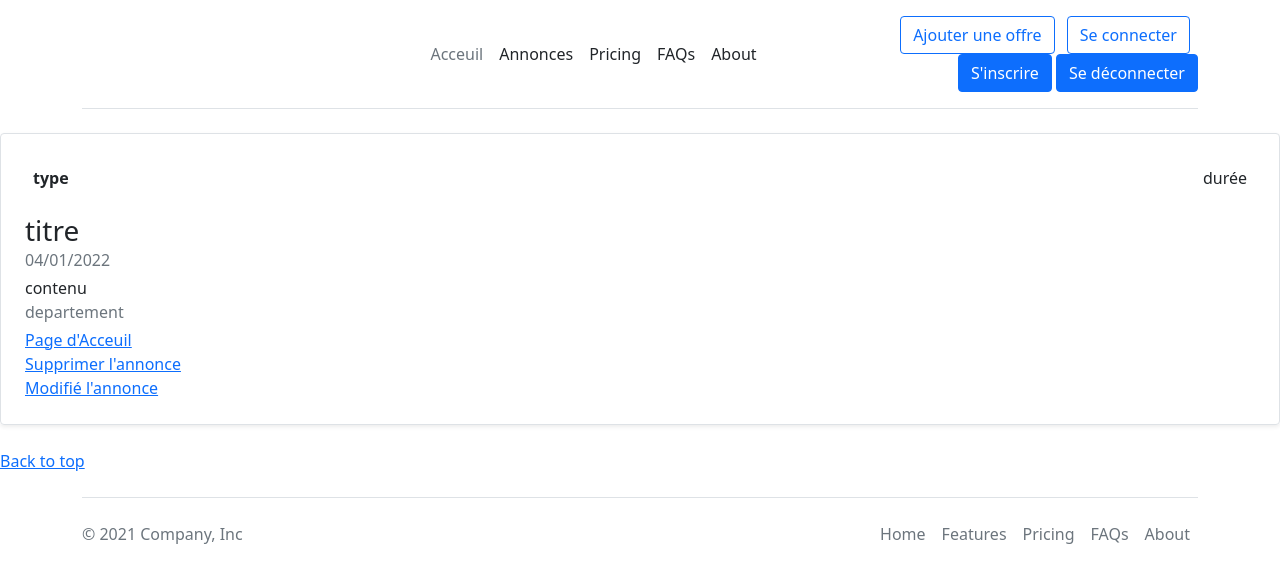
Repository: Xora123/Pole-emploi-Symfony
Page: templates/post/index.html.twig
An editor plug-in stored every save of this project. The page is shown before and after the next save, followed by the edit.
The browser window is 1280 px wide. The pictures show the whole page.
Some web libraries are served in a nearby version. The page is a Twig template of a Symfony application; nobody is signed in and links lead nowhere. The template is opened directly, without the code that normally fills it, so the values that code supplies are empty.

Above is the page before, as saved 2022-04-04 09:09:27.

After the next save:
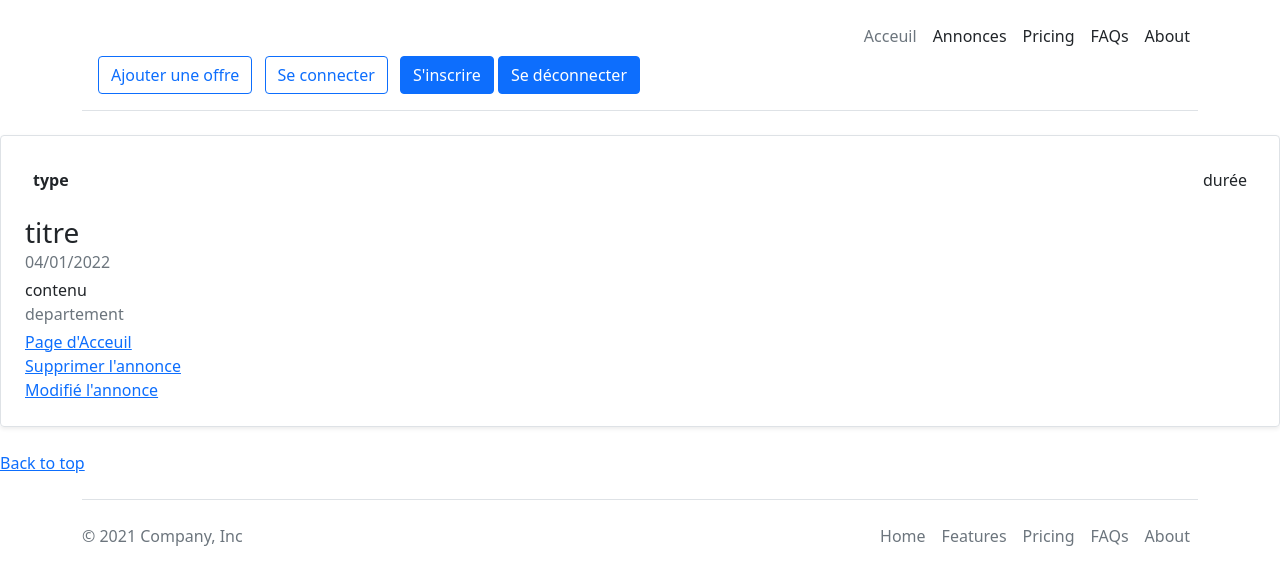
Saved 8 s later.
--- a/templates/includes/navbar.html.twig
+++ b/templates/includes/navbar.html.twig
@@ -26,7 +26,7 @@
 			</li>
 		</ul>
 
-		<div class="col-md-4 text-end">
+		<div class="col-md-6 text-end">
 			<a type="button" class="btn btn-outline-primary me-2" href="{{ path('app_login') }}">Ajouter une offre</a>
 			<a type="button" class="btn btn-outline-primary me-2" href="{{ path('app_login') }}">Se connecter</a>
 			<a type="button" class="btn btn-primary" href="{{ path('app_register') }} ">S'inscrire</a>

After the save that followed:
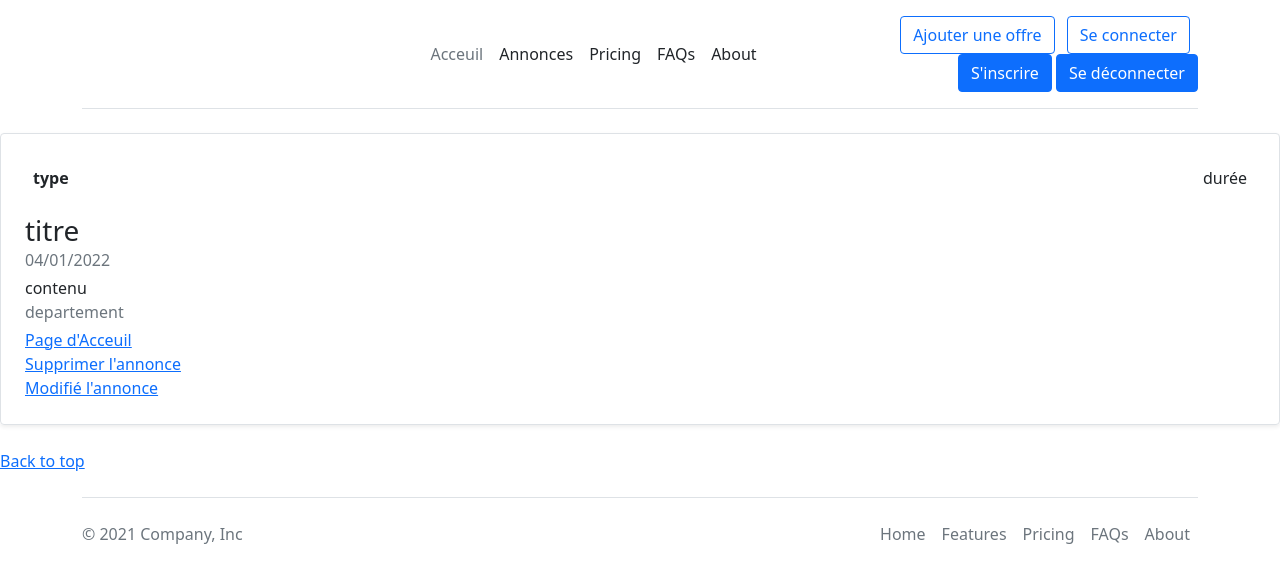
Saved 8 s later.
--- a/templates/includes/navbar.html.twig
+++ b/templates/includes/navbar.html.twig
@@ -26,7 +26,7 @@
 			</li>
 		</ul>
 
-		<div class="col-md-6 text-end">
+		<div class="col-md-4 text-end">
 			<a type="button" class="btn btn-outline-primary me-2" href="{{ path('app_login') }}">Ajouter une offre</a>
 			<a type="button" class="btn btn-outline-primary me-2" href="{{ path('app_login') }}">Se connecter</a>
 			<a type="button" class="btn btn-primary" href="{{ path('app_register') }} ">S'inscrire</a>
